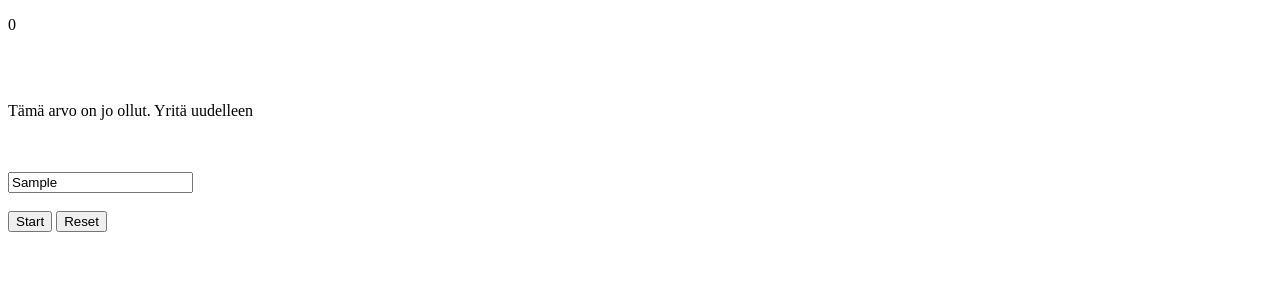
Repository: VadimZubchenko/numeronarvouspeli_JS
Page: public/index.html
The author's editor kept a copy of each file at every save. The page is drawn from the files as they stood at one save, then again after the next save.
The browser window is 1280 px wide. The pictures show the whole page.
Empty fields were first filled with sample values (such as "Sample", 5 or name@example.com).
After loading, the first visible `#startGame` was clicked once.

Above is the page before, as saved 2022-04-25 21:00:08.

After the next save:
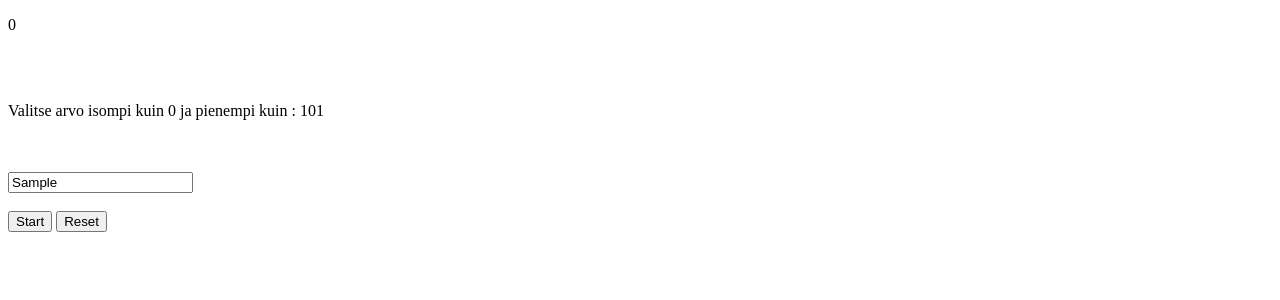
Saved 75 s later.
--- a/public/script.js
+++ b/public/script.js
@@ -30,7 +30,7 @@ function startGame() {
     }
   } else {
     document.getElementById("message").innerHTML =
-      "Tämä arvo on jo ollut. Yritä uudelleen";
+      "Valitse arvo isompi kuin " + lastMin + " ja pienempi kuin : " + lastMax;
   }
   document.getElementById("maara").innerHTML = kpl;
   console.log("min:" + lastMin);
